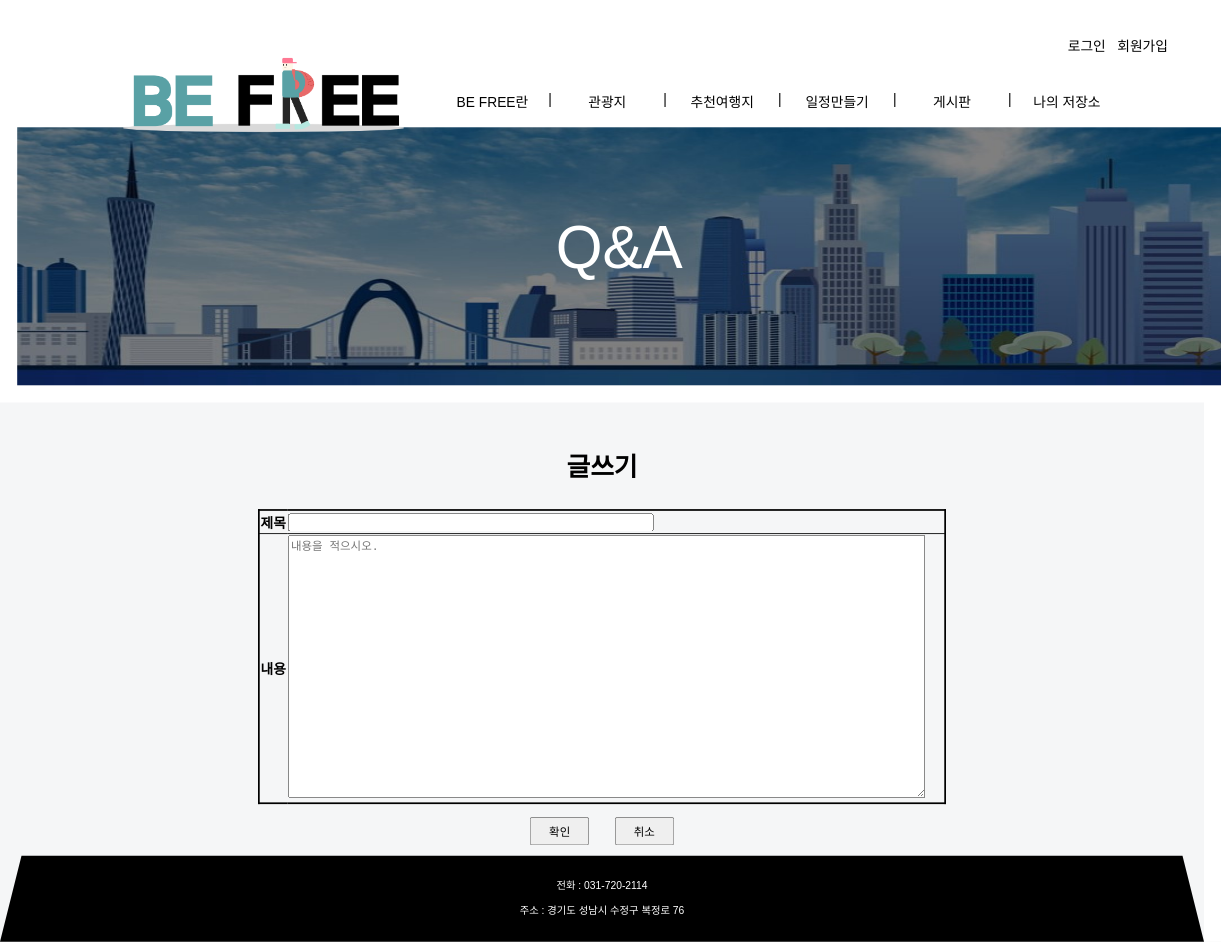
Repository: 1912087/Klavier_Piano
Page: http://localhost/notice/write.jsp
The author's editor kept a copy of each file at every save. The page is drawn from the files as they stood at one save, then again after the next save.
The browser window is 1280 px wide. The page is 1420 px wide, so the pictures cover 1420 px, including what lies to the right of the window. The pictures show the whole page, at 86% of full size.
Backgrounds fixed to the window are drawn as part of the page. Some web fonts or font styles are not loaded; a fallback is used. The page is served by Tomcat 9. Other server files are loaded and not shown.

Above is the page before, as saved 2021-11-10 15:11:57.

### Notice/notice/WebContent/write.jsp
<%@ page language="java" contentType="text/html; charset=UTF-8"
    pageEncoding="UTF-8"%>


<!DOCTYPE html>
<html>
    <head>
        <meta charset="UTF-8">
        <link rel="preconnect" href="https://fonts.googleapis.com">
        <link rel="preconnect" href="https://fonts.gstatic.com" crossorigin>
        <link href="https://fonts.googleapis.com/css2?family=Gowun+Dodum&display=swap" rel="stylesheet">
        <link rel="preconnect" href="https://fonts.googleapis.com">
        <link rel="preconnect" href="https://fonts.gstatic.com" crossorigin>
        <link href="https://fonts.googleapis.com/css2?family=Black+Han+Sans&display=swap" rel="stylesheet">
    	<link href="${pageContext.request.contextPath}/css/write_design.css" rel="stylesheet" type="text/css">
        <title>BE FREE</title>
    </head>
    <body>
        <% // 메인 페이지로 이동했을 때 세션에 값이 담겨있는지 체크
			String userID = null;
			if(session.getAttribute("userID") != null){
				userID = (String)session.getAttribute("userID");
			}
		%>
        <div class="all">
            <div class="main">
                <header>
                    <div class="name">
                    </div>

					<%
						// 로그인 하지 않았을 때 보여지는 화면
						if(userID == null){
					%>
                            <ul class="login">
                                <li><a href="login.jsp">로그인</a></li> &nbsp;
                                <li><a href="clause.jsp">회원가입</a></li>
                            </ul>
                    <%
						// 로그인이 되어 있는 상태에서 보여주는 화면
						}else{
					%>
                            <ul class="login">
                                <li><a href="logoutAction.jsp">로그아웃</a></li> &nbsp;
                                <li><a href="main.jsp">회원관리</a></li>
                            </ul>
                    <%
						}
					%>

                    <nav>
                        <div class="title_menu">
                            <a href="main.jsp"><img class="logo" src="images/BE_FREE.png"></a>
                            <ul id="main-menu">
                                <li><a href="회사소개.html">BE FREE란</a></li>
                                <li><a href="#">관광지</a></li>
                                <li><a href="#">추천여행지</a>
                                    <ul id="sub-menu">
                                        <li><a href="문의하기.html">추천여행지</a></li>
                                        <li><a href="공지사항.html">추천여행일정</a></li>
                                    </ul>
                                </li>
                                <li><a href="#">일정만들기</a></li>
                                <li><a href="#">게시판</a>
                                    <ul id="sub-menu">
                                        <li><a href="공지사항.html">공지사항</a></li>
                                        <li><a href="Q&A.jsp">Q&A</a></li>
                                    </ul>
                                </li>
                                <li><a href="#">나의 저장소</a>
                                    <ul id="sub-menu">
                                        <li><a href="나의찜목록.html">나의 찜 목록</a></li>
                                        <li><a href="나의여행일정.html">나의 여행 일정</a></li>
                                    </ul>
                                </li>
                            </ul>
                        </div>
                    </nav>
                    <div class="hd">
                        <div class="ment">
                          Q&A
                        </div>
                    </div>
                </header>
            </div>

            <div class="se">
                <section>
                    <div class="item_list">
                        <p class="write">글쓰기</p>
                        <form method="post" action="writeAction.jsp">
	                        <table>
	                            <tr><th>제목</th><td><input type="text" name="QTITLE" size="50"></td></tr>
	                            <tr><th>내용</th><td><textarea cols="90" rows="20" name="QCONTENT" placeholder="내용을 적으시오."></textarea></td></tr>
	                        </table>
	                        <div class="a3">
	                        <button>확인</button><button type="reset"><a href="notice.jsp">취소</a></button>
	                        </div>
                        </form>

                    </div>
                </section>

	            <footer>
	                <p style="padding: 25px 0px 0px 0px;">전화 : 031-720-2114</p>
	                <p>주소 : 경기도 성남시 수정구 복정로 76</p>
	            </footer>
            </div>
        </div>
    </body>
</html>

### Notice/notice/WebContent/css/write_design.css
            body { margin:0 auto; padding:20px 0 0 0; font-family: 'Gowun Dodum', sans-serif;}
            li { display: inline-block; list-style: none; }
            a { text-decoration: none; color:black;}
            header{ display: inline-block; width: 1400px; margin: 0 auto;}
            .hd {
                background-image: url('images/town_2.jpg');
                background-size:over;
                background-size:100% 100%;
                background-attachment: fixed;
                width:1400px;
                height:300px;
                background-repeat: no-repeat;
                margin-top:-20px;
            }
            .main{
                margin: 0 auto;
                padding: 20px;
                text-align: center;
            }
            .logo{
                /*margin-top: 30px;
                display: flex;
                position : relative;*/
                height: 100px;
                /*left: 7%*/
            }
            .login { margin-right: 62px; /*float: right;*/ }
            header ul{ text-align: right; }
            .p {
                height:60px;
                z-index: 1;
                width:1500px;
                margin:0;
                padding:0;
             }
             nav {
                display: flex;
                justify-content: center;
                position: relative;
                /* background: black; */
                margin: 0 auto;
                /* width: 95%; */
                /* position: absolute; */
                /* left: 10%;*/
            }
            ul, li {
                margin: 0;
                padding: 0;
                list-style: none;
                text-decoration: none;
            }

            nav > ul > li{
                width: 130px;
            }
            .se{
                background-color: white;
                /*position: absolute;
                top: 733px;
                left: 4%;*/
	            margin: 0 auto;
	            width: 1400px;
            }
            #main-menu{
                /*background: black;*/
                height: 40px;
                /* position: relative; */
                /* top: 50%; */
                justify-content: center;
                margin: 35px 0px 0px 20px;
                float: right;
                width: 810px;
            }
            #main-menu > li > a {
                /*color:white;*/
                text-align: center;
                line-height: 39px;
                padding: 0px 20px 0px 15px;
                text-shadow: 1px 1px 1px white(0, 0, 0, 0.39);
                width: 90px;
                float: right;
            }

            #main-menu > li::before{
                content: "|";
                float: right;
                display: block;
                margin-top: 7.7px;
            }
            #main-menu > li:last-child::before{
                content: "";
            }
            #main-menu > li> .logo{
                width: 120px;
            }

            #sub-menu {
                width:120px;
                position: absolute;
                opacity: 0;
                visibility: hidden;
                background-color: rgba(255, 255, 255, 0.801);
                border-top: 2px solid gold;
                text-align: center;
                top: 74px;
            }

            #sub-menu > li {
                display: block;
                font-size:13px;
                padding: 10px 10px;
            }

            #main-menu > li:hover #sub-menu {
                z-index: 1;
                opacity: 1;
                visibility: visible;
            }
            #sub-menu > li > a:hover { text-decoration:underline; color:gray; }
            .event ul li { list-style: none; display: inline-block; }
            section div img { width: 100%; }
            .ment {
                margin :0 auto;
                float:left;
                width:100%;
                font-size:100px;
                text-align: center;
                margin-top:100px;
                color:rgb(255, 255, 255);
                font-size: 70px;
            }
            section{width:1400px;margin:0 auto; padding-top:50px;}
            .a1{ text-align: center; font-weight: bold; font-size:30px;}
           /*.a2{background-color:gray; color:white; border-bottom: 2px solid black; padding:5px; margin-top:10px;}*/


            footer{
                clear:both;
                margin:0;
                /*background-color: rgb(22, 20, 20);*/
                color:white;
                text-align: center;
                /*padding:15px;*/
                font-size: 12px;
                position: relative;
                width: 1350px;
                bottom: 0;
                left: 0;
                border-bottom: 100px solid black;
				border-right: 25px solid transparent;
				border-left: 25px solid transparent;
				height: 0px;
            }
            .wrap {position: absolute;left: 0;bottom: 40px;width: 288px;height: 132px;margin-left: -144px;text-align: left;overflow: hidden;font-size: 12px;font-family: 'Malgun Gothic', dotum, '돋움', sans-serif;line-height: 1.5;}
            .wrap * {padding: 0;margin: 0;}
            .wrap .info {width: 286px;height: 120px;border-radius: 5px;border-bottom: 2px solid #ccc;border-right: 1px solid #ccc;overflow: hidden;background: #fff;}
            .wrap .info:nth-child(1) {border: 0;box-shadow: 0px 1px 2px #888;}
            .info .title {padding: 5px 0 0 10px;height: 30px;background: rgb(17, 38, 141);border-bottom: 1px solid #ddd;font-size: 18px;font-weight: bold; color: #fff;}
            .info .close {position: absolute;top: 10px;right: 10px;color: rgb(255, 255, 255);width: 17px;height: 17px;background: url('https://t1.daumcdn.net/localimg/localimages/07/mapapidoc/overlay_close.png');}
            .info .close:hover {cursor: pointer;}
            .info .body {position: relative;overflow: hidden;}
            .info .desc {position: relative;margin: 13px 0 0 90px;height: 75px;}
            .desc .ellipsis {overflow: hidden;text-overflow: ellipsis;white-space: nowrap;}
            .desc .jibun {font-size: 11px;color: #888;margin-top: -2px;}
            .info .img {position: absolute;top: 6px;left: 5px;width: 73px;height: 71px;border: 1px solid #ddd;color: #888;overflow: hidden;}
            .info:after {content: '';position: absolute;margin-left: -12px;left: 50%;bottom: 0;width: 22px;height: 12px;background: url('https://t1.daumcdn.net/localimg/localimages/07/mapapidoc/vertex_white.png')}
            .info .link {color: #5085BB;}
            .item_list{
                text-align: center;
                width: 940px;
                margin: 0 auto;
            }
            .recommend_plan{
                display: inline-block;
                /*text-align: center;*/
                margin: 0px;
            }
            .item_section{
                float: left;
                /*width: 300px;
                box-shadow: 5px 5px 5px gray;
                border: 1px solid rgb(184, 184, 184);
                border-radius: 5px;*/
                margin: 10px;
            }
            .item_btm_like{
                text-align: right;
                padding: 10px 20px 10px 10px;
                border-top: 1px solid rgb(184, 184, 184);
            }
            .item_title{
                font-size: 20px;
                margin: 0px 0px 0px 0px;
            }
            .item_plan{
                margin: 0px 0px 16px 0px;
                clear: left;
                text-align: left;
            }
            .item_img{
                margin: 20px;
                width: 200px;
            }

            .item_list2{
                width: 1400px;
                text-align: center;
                margin-top: 70px;
            }
            .table_travle{
                margin-left: auto;
                margin-right: auto;
            }
            .travle{
                /*border: 1px solid gray;*/
                padding-right: 60px;
            }
            .item_section2{
                float: left;
                /*width: 240px;*/
                /*box-shadow: 5px 5px 5px gray;*/
                border: 1px solid rgb(184, 184, 184);
                border-radius: 5px;
                margin: 10px;
            }
            .item_section3{
                float: left;
                /*width: 240px;*/
                /*box-shadow: 5px 5px 5px gray;
                border: 1px solid rgb(184, 184, 184);
                border-radius: 5px;*/
                margin: 10px;
            }
            .item_title2{
                margin: 0px 0px 20px 0px;
                font-size: 20px;
            }
            .item_btm_like2{
                text-align: right;
                padding: 10px 20px 10px 10px;
                border-top: 1px solid rgb(184, 184, 184);
            }
            .hash{
                /*width: 250px;*/
                padding: 20px;
                /*border: 1px solid rgb(240, 240, 240);
                border-radius: 150px;
                background-color: rgb(240, 240, 240);*/
            }
            .item_top_jeju{
                margin-top: 45px;
            }
            .item_title{
                font-size: 40px;
                font-weight: bold;
                font-family: 'Black Han Sans', sans-serif;
                color: rgb(255, 255, 255);
                -webkit-text-stroke-width: 0.5px;
                -webkit-text-stroke-color: rgb(0, 0, 0);
                float: left;
            }
            .item_sub{
                font-size: 40px;
                font-family: 'Black Han Sans', sans-serif;
                color: black;
                -webkit-text-stroke-width: 0px;
                margin: 0px 0px 0px 12px;
                float: left;
            }
            .back{
                background: linear-gradient(to right, #0052d4,#4364f7,#6fb1fc);
                height: 44px;
                padding: 5px;
            }
            .logo_img{
                width: 390px;
                padding: 74px 10px 74px 10px;
            }
            .site_logo{
                font-size: 40px;
                font-family: 'Black Han Sans', sans-serif;
                /*background: linear-gradient(to right top, #0052d4,#4364f7,#6fb1fc);
                color: transparent;
                -webkit-background-clip: text;
                -webkit-text-stroke-width: 0px;*/
                color: black;
                margin: 0px 0px 0px 0px;
            }
            .object_logo{
                font-size: 40px;
                font-family: 'Black Han Sans', sans-serif;
                /*background: linear-gradient(to right top, #0052d4,#4364f7,#6fb1fc);
                color: transparent;
                -webkit-background-clip: text;
                -webkit-text-stroke-width: 0px;*/
                color: black;
                margin: 0px 0px 0px 0px;
            }
            .logo_img3{
                width: 350px;
            }
            .item_list3{
                width: 1400px;
                text-align: center;
                margin-top: 70px;
            }
            .table_site{
                margin-left: auto;
                margin-right: auto;
            }
            .a2{
                font-size: 40px;
                font-family: 'Black Han Sans', sans-serif;
                /*background: linear-gradient(to right top, #0052d4,#4364f7,#6fb1fc);
                color: transparent;
                -webkit-background-clip: text;
                -webkit-text-stroke-width: 0px;*/
                color: black;
                margin: 0px 0px 0px 0px;
            }
            table{
                margin:0 auto;
                width:800px;
                height:200px;
                border:2px solid black;
                border-collapse:collapse;
                text-align: left;

            }
            tr td{
                height:15px;
                border-bottom:1px solid black;

            }
            th{
                border-bottom:1px solid black;
                height:15px;

            }
            td a:hover{color:gray; text-decoration:underline;}

            .w{
                width:60px;
                height:20px;
                float:right;
                margin:-10px 0 10px 0;
                text-align: center;

            }
            .w:hover a{color:rgb(0, 5, 54); text-decoration: underline;}
            .w:hover{transform:scale(1.1); }

            button{
                    margin:0 15px 0 15px;
                    padding:5px 20px;
            }
            .a3{
                text-align: center;
                width:300px;
                margin:0 auto;
                padding:15px 0 0 0;

            }
            .se{background-color: #f5f6f7;}

            .write{
                font-size: 30px;
                font-weight: bold;
                margin: 0 0 30px 0;

            }

            /* 5 */
            .custom-btn {
                width: 90px;
                height: 40px;
                color: #fff;
                border-radius: 5px;
                padding: 10px 25px;
                font-family: 'Lato', sans-serif;
                font-weight: 500;
                background: transparent;
                cursor: pointer;
                transition: all 0.3s ease;
                position: relative;
                display: inline-block;
                box-shadow:inset 2px 2px 2px 0px rgba(255,255,255,.5),
                7px 7px 20px 0px rgba(0,0,0,.1),
                4px 4px 5px 0px rgba(0,0,0,.1);
                outline: none;
            }
            .btn-5 {
                width: 90px;
                height: 40px;
                line-height: 42px;
                padding: 0;
                border: none;
                background: #005f73;
                background: linear-gradient(0deg, #005f73 0%, #0a9396 100%);
            }
            .btn-5:hover {
                color: #001219;
                background: transparent;
                box-shadow:none;
            }
            .btn-5:before,
            .btn-5:after{
                content:'';
                position:absolute;
                top:0;
                right:0;
                height:2px;
                width:0;
                background: #001219;
                box-shadow:
                -1px -1px 5px 0px #fff,
                7px 7px 20px 0px #0003,
                4px 4px 5px 0px #0002;
                transition:400ms ease all;
            }
            .btn-5:after{
                right:inherit;
                top:inherit;
                left:0;
                bottom:0;
            }
            .btn-5:hover:before,
            .btn-5:hover:after{
                width:100%;
                transition:800ms ease all;
            }

            #btn{
                color: white;
                font-family: 'Gowun Dodum', sans-serif;
                font-size: 15px;
            }
            .btn-5:hover #btn{
                color: #001219;
                font-weight: bold;
            }
            .notice_check{
                float: right;
                margin-right: 70px;
                margin-top: 15px;
            }
            .t1{
                background: #001219;
                color: white;
                font-size: 17px;
                border-radius: 0 54px;
                border-bottom: 1px solid white;
                height: 40px;
                width: 200px;
            }
            .t2{
                background: #001219;
                color: white;
                font-size: 17px;
                border-radius: 54px 0;
                border-bottom: 1px solid white;
                height: 40px;
                width: 200px;
            }
            .td{
                text-align: left;
                padding: 0 0 0 33px;
            }
            .content{
                height: 300px;
                vertical-align: top;
                text-align: left;
                padding: 20px 0 0 40px;
            }

After the next save:
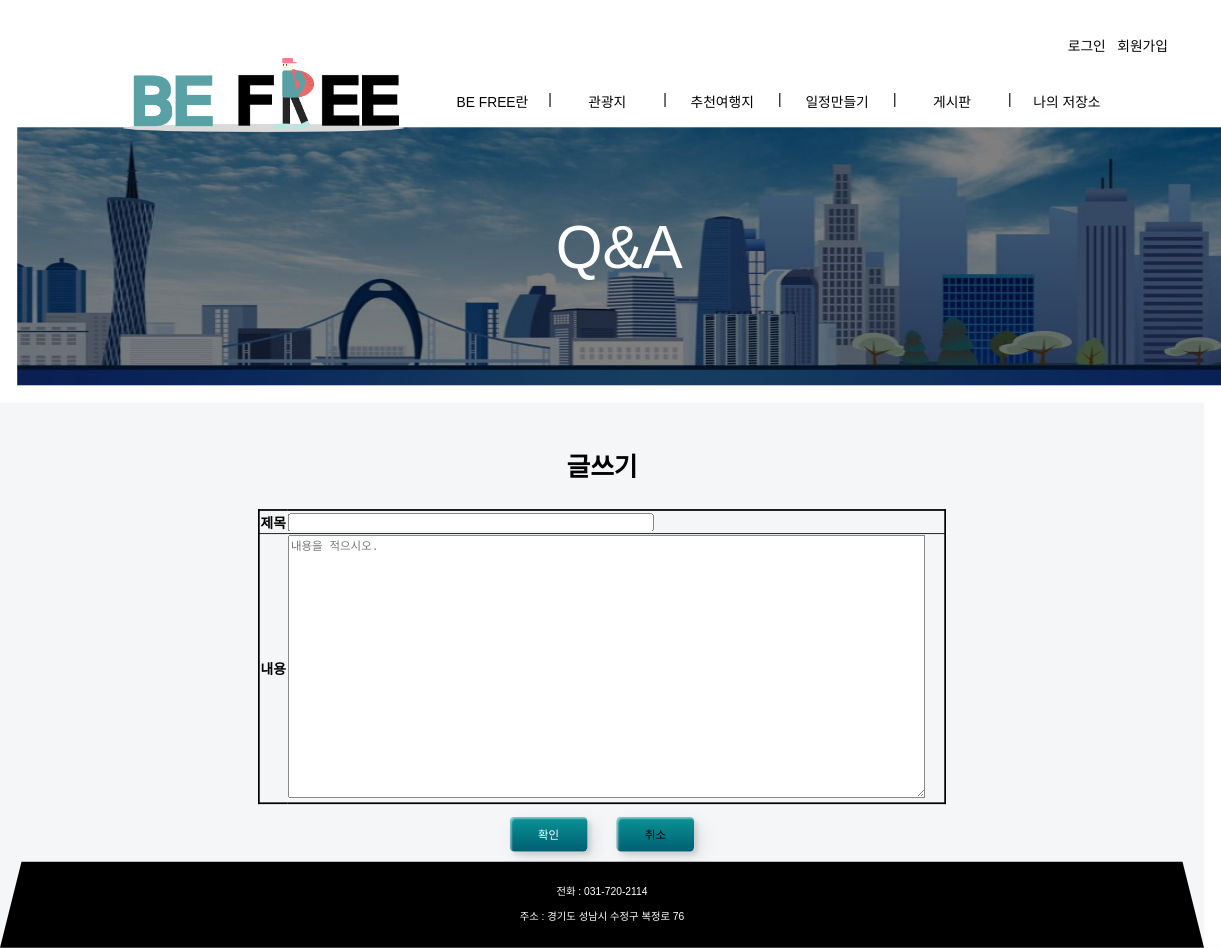
Saved 2 min 41 s later.
--- a/Notice/notice/WebContent/write.jsp
+++ b/Notice/notice/WebContent/write.jsp
@@ -94,7 +94,8 @@
 	                            <tr><th>내용</th><td><textarea cols="90" rows="20" name="QCONTENT" placeholder="내용을 적으시오."></textarea></td></tr>
 	                        </table>
 	                        <div class="a3">
-	                        <button>확인</button><button type="reset"><a href="notice.jsp">취소</a></button>
+	                        <button class="custom-btn btn-5">확인</button>
+	                        <button type="reset" class="custom-btn btn-5" onclick="location.href='notice.jsp'"><a>취소</a></button>
 	                        </div>
                         </form>
 
